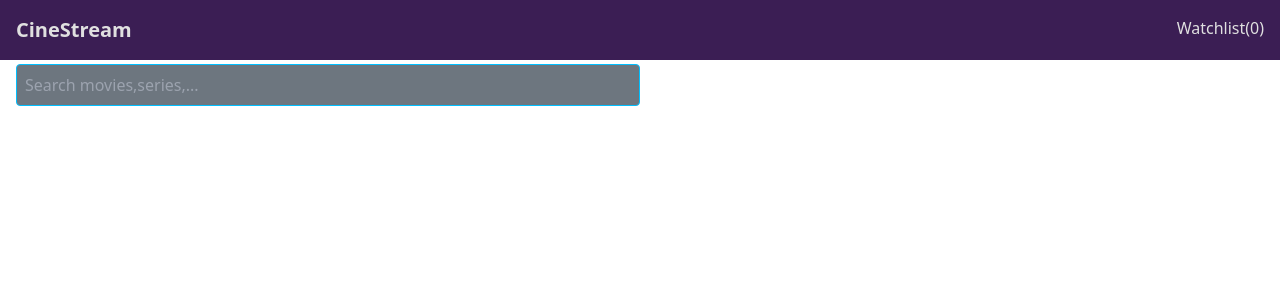
Repository: Reshmashameem31/Cine-Stream
Page: / (app in movie-project/)
The author's editor kept a copy of each file at every save. The page is drawn from the files as they stood at one save, then again after a run of saves.
The browser window is 1280 px wide. The pictures show the whole page.
The project was rebuilt for these pictures with package versions that can differ from the ones it lists, and the page was loaded fresh each time. Also part of the build but not shown: movie-project/vite.config.js, movie-project/src/pages/WatchList.jsx.

Above is the page before, as saved 2025-08-15 16:16:56.

After the next 2 saves:
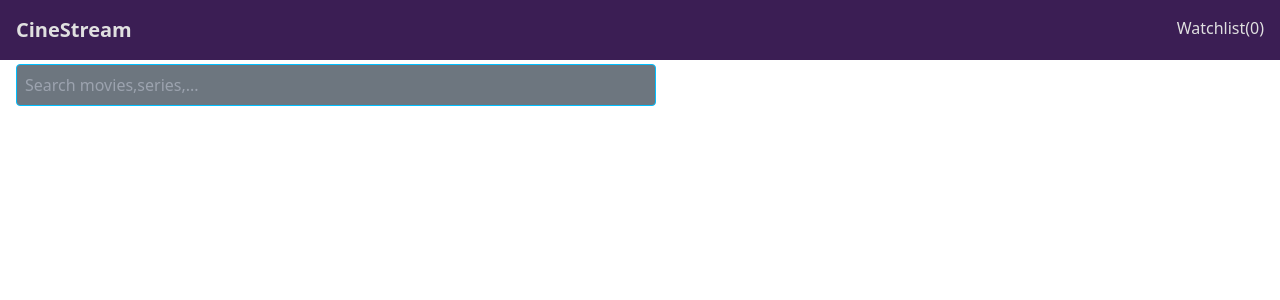
The 2 saves are shown as one change because they came seconds apart.
The last was saved 7 s later.
--- a/movie-project/src/pages/Home.jsx
+++ b/movie-project/src/pages/Home.jsx
@@ -5,7 +5,7 @@ const Home = () => {
     <div className='p-4 pt-16'>
         <input type='text' placeholder='Search movies,series,...'
          className=' flex justify-center p-2 w-3/4 md:w-1/2 border rounded border-[#00BFFF]
-          bg-[#0D1B2A] bg-opacity-60 backdrop-blur-md text-white fied top-16  ' />
+          bg-[#0D1B2A] bg-opacity-60 backdrop-blur-md text-white fixed top-16' />
         <div className='movies-container'></div>
         <div className='pagination-container'></div>
 
